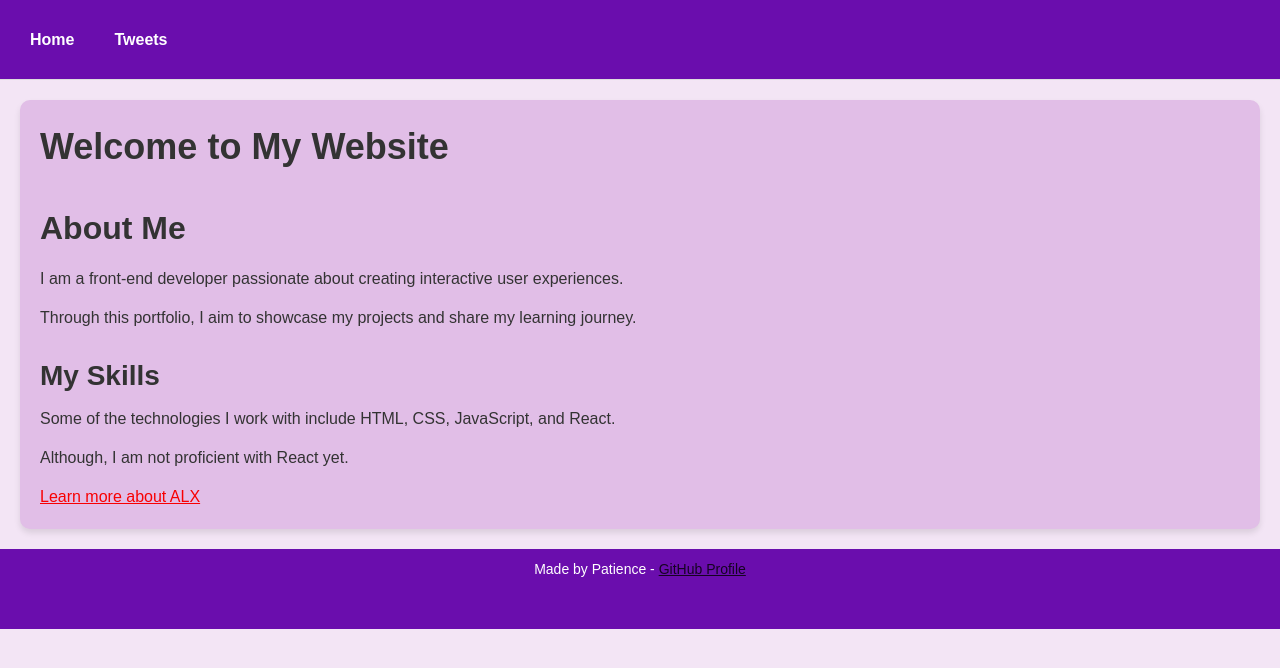
Repository: Patience225/My_First_Portfolio
Page: html_basic/index.html
An editor plug-in stored every save of this project. The page is shown before and after the next save, followed by the edit.
The browser window is 1280 px wide. The pictures show the whole page.

Above is the page before, as saved 2024-12-22 06:59:32.

After the next save:
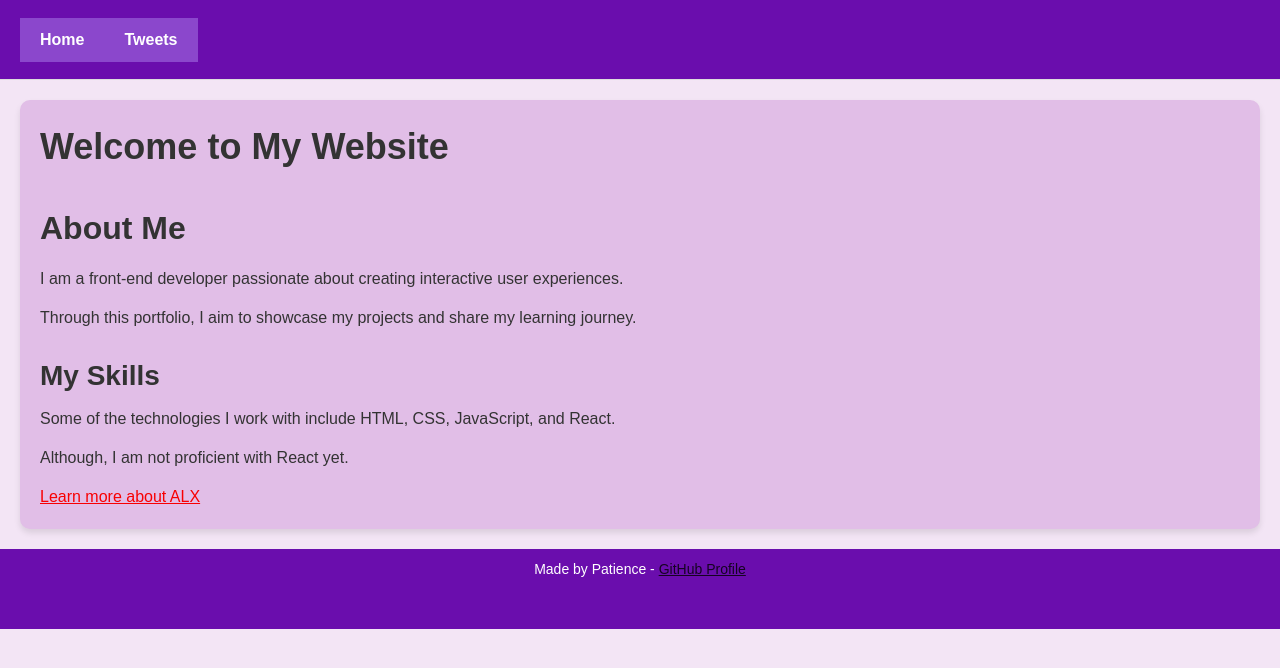
Saved 35 s later.
--- a/html_basic/index.html
+++ b/html_basic/index.html
@@ -9,10 +9,12 @@
 </head>
 <body>
   <header>
-    <ul>
-      <li><a href="index.html">Home</a></li>
-      <li><a href="tweets.html">Tweets</a></li>
-    </ul>
+    <nav>
+      <ul>
+        <li><a href="index.html">Home</a></li>
+        <li><a href="tweets.html">Tweets</a></li>
+      </ul>
+    </nav>
   </header>
   <main>
     <article>

After the save that followed:
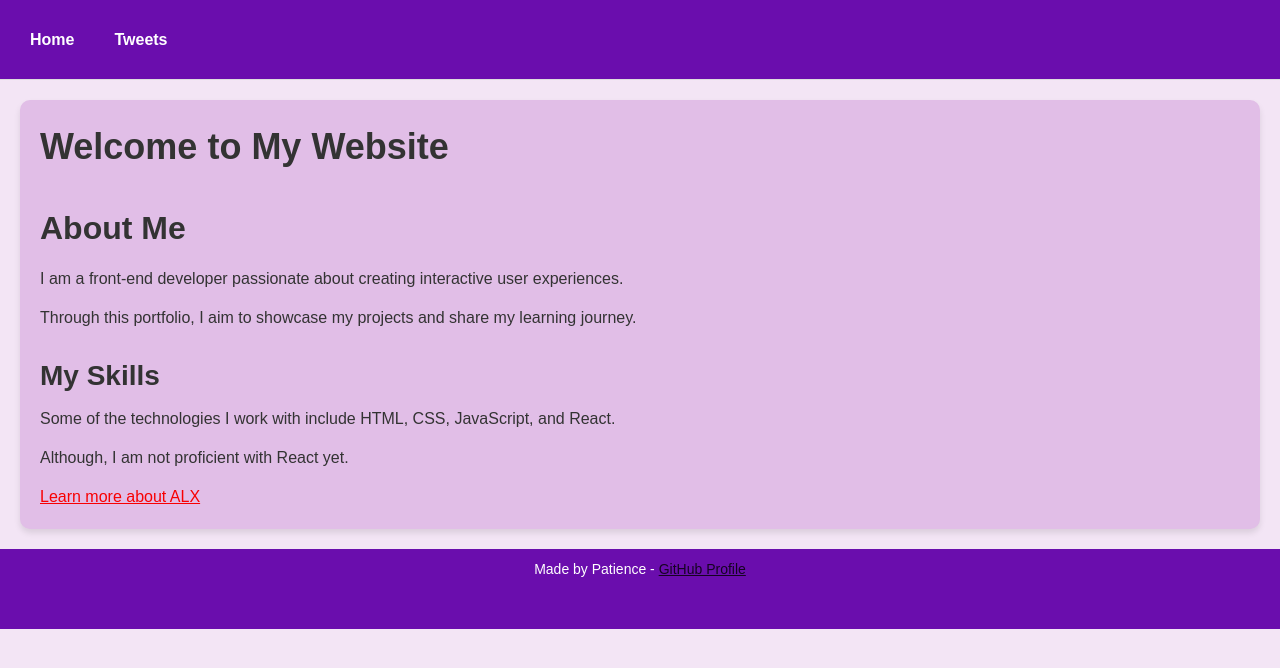
Saved 8 min 48 s later.
--- a/html_basic/index.html
+++ b/html_basic/index.html
@@ -9,12 +9,10 @@
 </head>
 <body>
   <header>
-    <nav>
-      <ul>
-        <li><a href="index.html">Home</a></li>
-        <li><a href="tweets.html">Tweets</a></li>
-      </ul>
-    </nav>
+    <ul>
+      <li><a href="index.html">Home</a></li>
+      <li><a href="tweets.html">Tweets</a></li>
+    </ul>
   </header>
   <main>
     <article>
